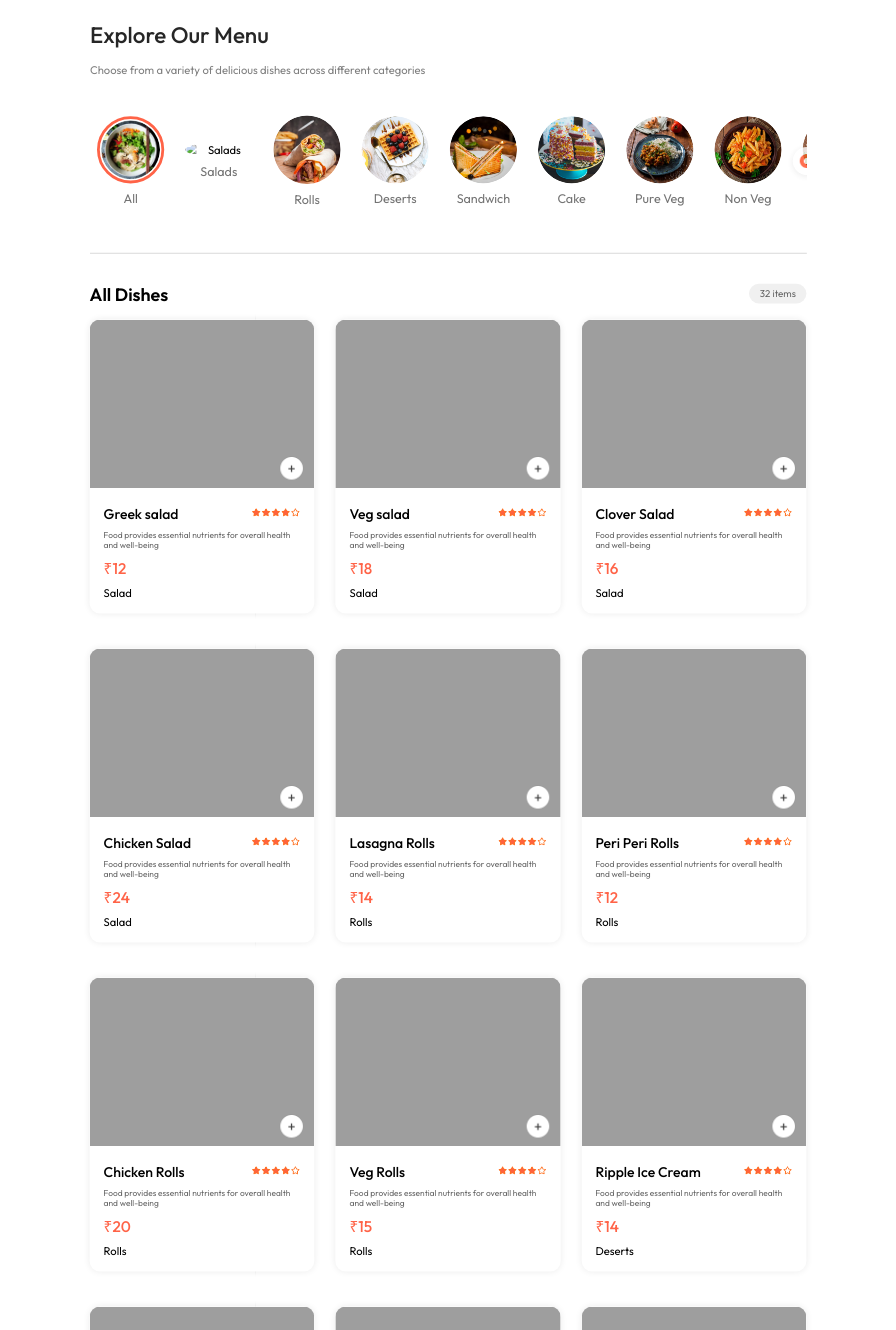
Repository: keyursanglikar/Hotel-Manangement
Page: / (app in frontend/)
An editor plug-in stored every save of this project. The page is shown before and after the next save, followed by the edit.
The browser window is 1280 px wide. The pictures show the part of the page from y = 609 to 2509 px (the page is 9373 px tall), at 70% of full size.
The page's requests for data from a server got no answer. The project was rebuilt for these pictures with package versions that can differ from the ones it lists, and the page was loaded fresh each time. No one was signed in, and anything a server would have sent is missing. Also part of the build but not shown: frontend/vite.config.js, frontend/src/pages/Cart/Cart.css, frontend/src/pages/Cart/Cart.jsx, frontend/src/pages/PlaceOrder/PlaceOrder.jsx, frontend/src/components/LoginPopup/LoginPopup.css, frontend/src/components/LoginPopup/LoginPopup.jsx, frontend/src/pages/Verify/Verify.css, frontend/src/pages/Verify/Verify.jsx and 2 more.

Above is the page before, as saved 2025-12-04 23:23:10.

After the next save:
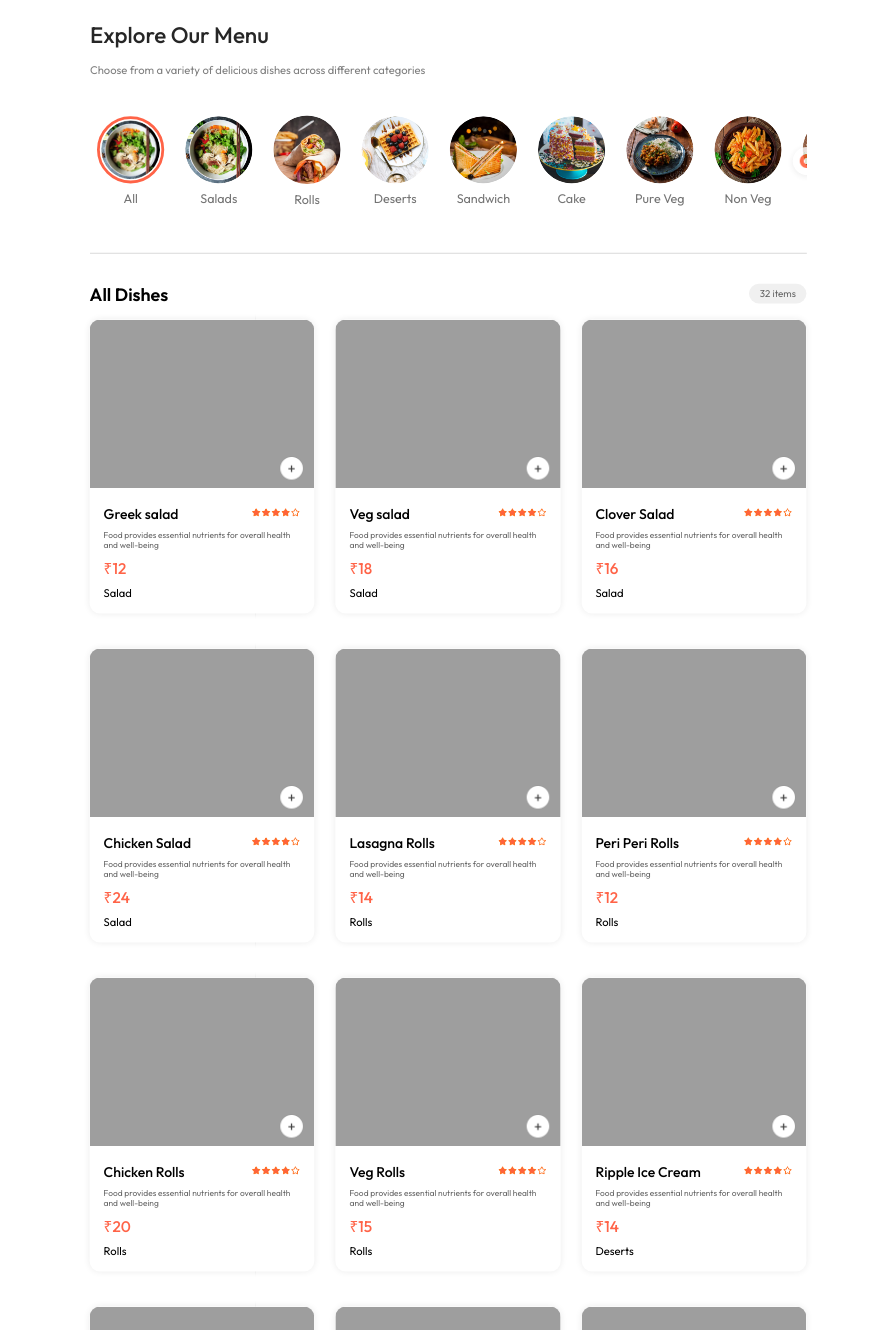
Saved 4 s later.
--- a/frontend/src/assets/assets.js
+++ b/frontend/src/assets/assets.js
@@ -469,7 +469,7 @@ export const assets = {
 
 export const menu_list = [
     {
-        menu_name: "Salad and Papad N Pasta",
+        menu_name: "Salads",
         menu_image: menu_1
     },
     {
